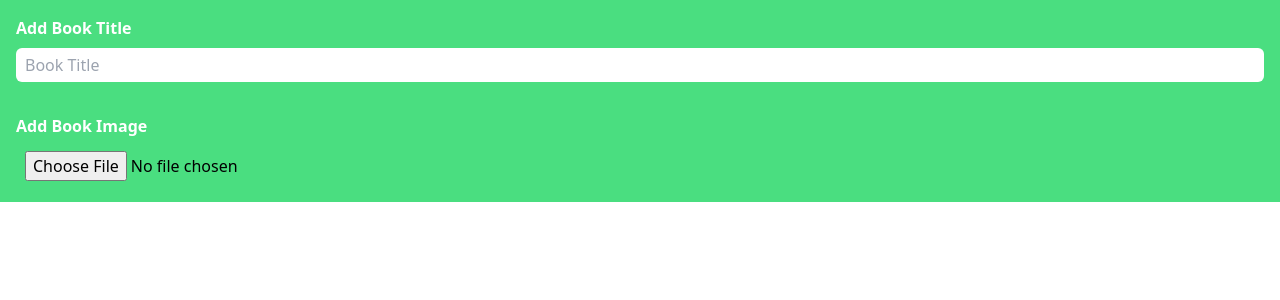
Repository: Marhamat92/booksappwithcontext
Page: /
These files come from the project's save history. The page is drawn as it stood at one moment and after the next save; the edit follows.
The browser window is 1280 px wide. The pictures show the whole page.
The project was rebuilt for these pictures with package versions that can differ from the ones it lists, and the page was loaded fresh each time. Also part of the build but not shown: src/App.css.

Above is the page before, as saved 2022-12-07 14:17:50.

After the next save:
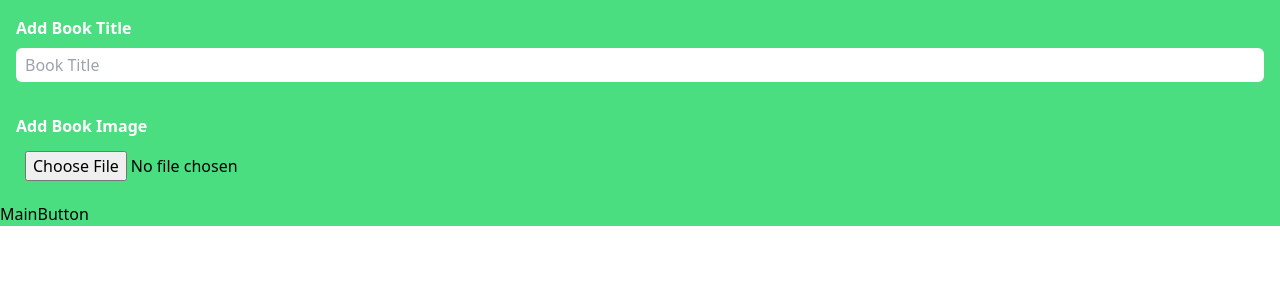
Saved 56 s later.
--- a/src/App.tsx
+++ b/src/App.tsx
@@ -1,5 +1,6 @@
 import { useState } from "react";
 import "./App.css";
+import MainButton from "./components/Buttons/MainButton";
 import ImageInput from "./components/Inputs/ImageInput";
 import TextInput from "./components/Inputs/TextInput";
 
@@ -36,6 +37,7 @@ function App() {
             value={image}
             label='Add Book Image'
           />
+          <MainButton />
         </form>
       </div>
     </div>
